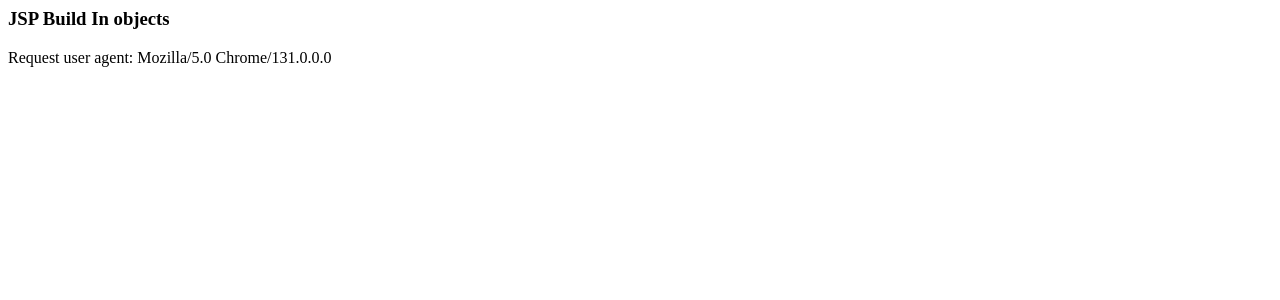
Repository: tenzinlekphel/jsp
Page: http://localhost/jspdemo/buildin-test.jsp
An editor plug-in stored every save of this project. The page is shown before and after the next save, followed by the edit.
The browser window is 1280 px wide. The pictures show the whole page.
The page is served by Tomcat 9. Other server files are loaded and not shown.

Above is the page before, as saved 2019-09-02 13:51:07.

### jspdemo/WebContent/buildin-test.jsp
<html>


<body>

<h3>JSP Build In objects</h3>


Request user agent: <%= request.getHeader("User-Agent") %>


<br/>

</body>
</html>

After the next save:
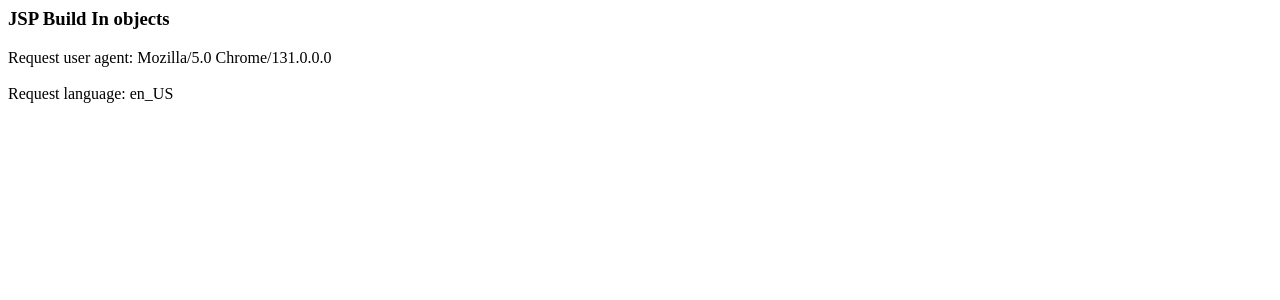
Saved 24 s later.
--- a/jspdemo/WebContent/buildin-test.jsp
+++ b/jspdemo/WebContent/buildin-test.jsp
@@ -9,7 +9,11 @@
 Request user agent: <%= request.getHeader("User-Agent") %>
 
 
-<br/>
+<br/><br/>
+
+Request language: <%= request.getLocale() %>
+
+
 
 </body>
 </html>
